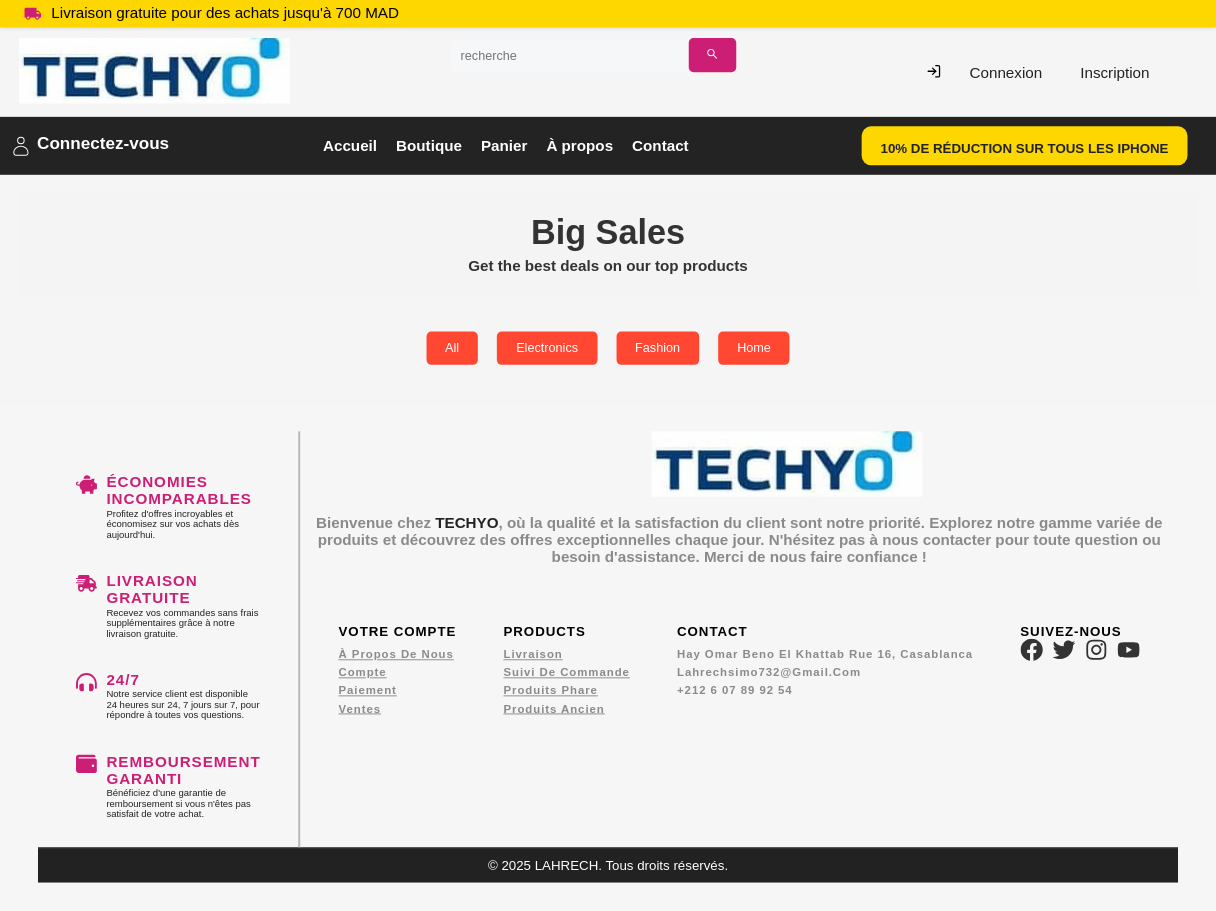
Repository: sebti-cloud/project-modern
Page: /sales (app in ecommerce_website/)
These files come from the project's save history. The page is drawn as it stood at one moment and after the next save; the edit follows.
The browser window is 1280 px wide. The pictures show the whole page, at 95% of full size.
The page's requests for data from a server got no answer. The project was rebuilt for these pictures with package versions that can differ from the ones it lists, and the page was loaded fresh each time. No one was signed in, and anything a server would have sent is missing. Also part of the build but not shown: ecommerce_website/src/comp/home.js, ecommerce_website/src/comp/shop.js, ecommerce_website/src/comp/cart.js, ecommerce_website/src/comp/contact.js, ecommerce_website/src/comp/rout.js, ecommerce_website/src/comp/Products.js, ecommerce_website/src/comp/Orders.js, ecommerce_website/src/comp/LikedProducts.js and 23 more.

Above is the page before, as saved 2025-01-08 18:21:08.

After the next save:
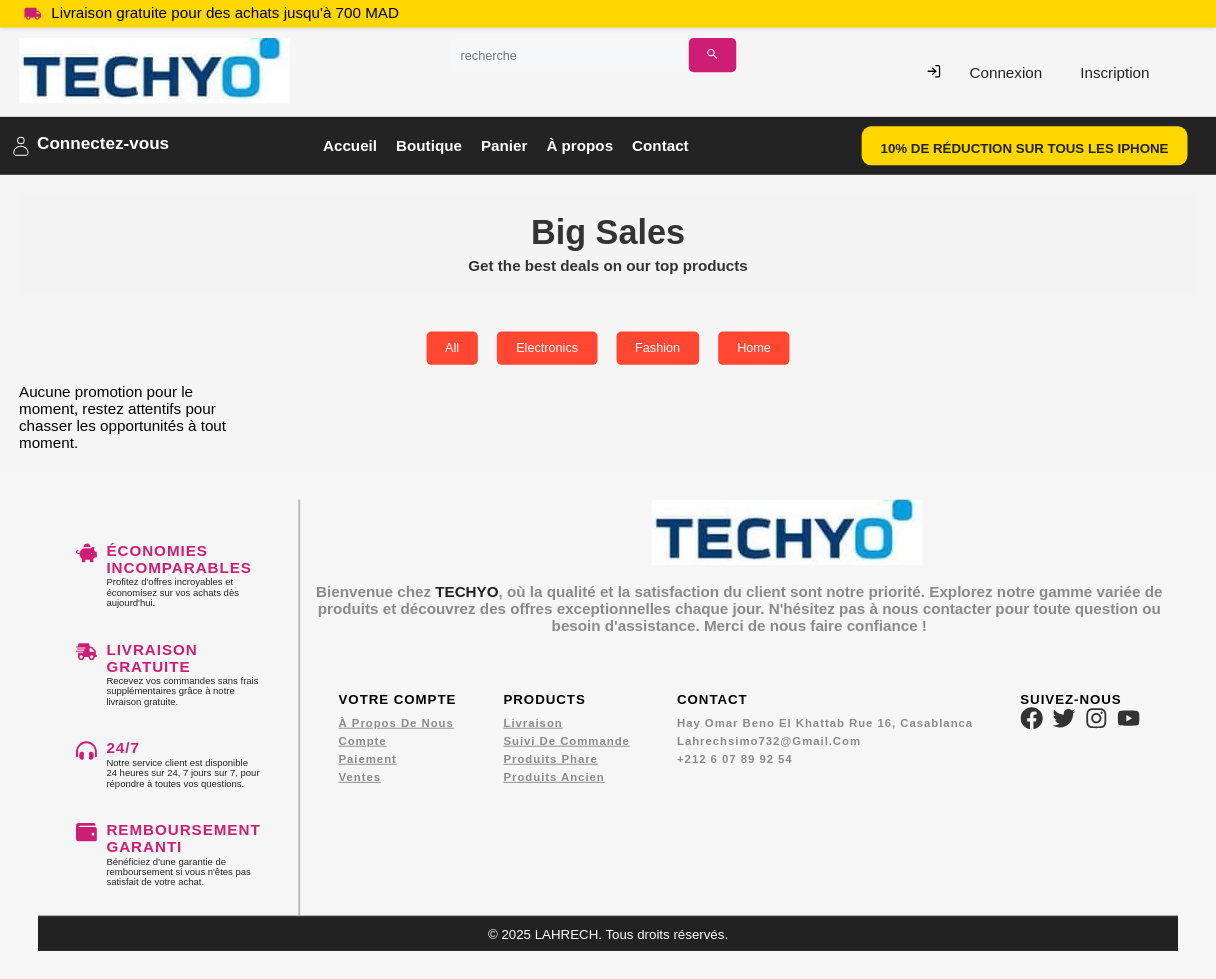
Saved 6 min 48 s later.
--- a/ecommerce_website/src/comp/Sales.js
+++ b/ecommerce_website/src/comp/Sales.js
@@ -2,69 +2,83 @@ import React, { useState, useEffect } from 'react';
 import './sales.css';
 import { AiOutlineShoppingCart } from 'react-icons/ai';
 
-const Sales = ({ fetchSalesProducts, addtocart }) => {
-  const [salesProducts, setSalesProducts] = useState([]);
-  const [loading, setLoading] = useState(true);
-  const [filter, setFilter] = useState('all');
+const Sales = ({ addtocart }) => {
+    const [products, setProducts] = useState([]);
+    const [loading, setLoading] = useState(true);
+    const [filter, setFilter] = useState('all');
 
-  useEffect(() => {
-    const fetchData = async () => {
-      setLoading(true);
-      try {
-        const products = await fetchSalesProducts();
-        setSalesProducts(products || []);
-      } catch (error) {
-        console.error('Error fetching sales products:', error);
-        setSalesProducts([]);
-      }
-      setLoading(false);
+    useEffect(() => {
+        fetchProducts();
+    }, []);
+
+    const fetchProducts = async () => {
+        try {
+            const response = await fetch('http://localhost:3001/api/products');
+            const data = await response.json();
+            const salesProducts = data.filter((x) => x.types && x.types.includes('sale'));
+            setProducts(salesProducts);
+            setLoading(false);
+        } catch (error) {
+            console.error('Error fetching products:', error);
+            setLoading(false);
+        }
     };
-    fetchData();
-  }, [fetchSalesProducts]);
 
-  const filterProducts = async (category) => {
-    setFilter(category);
-    setLoading(true);
-    try {
-      const products = await fetchSalesProducts(category);
-      setSalesProducts(products || []);
-    } catch (error) {
-      console.error('Error fetching filtered products:', error);
-      setSalesProducts([]);
-    }
-    setLoading(false);
-  };
+    const filterProducts = async (category) => {
+        setFilter(category);
+        setLoading(true);
+        try {
+            let url = `http://localhost:3001/api/products`;
+            if (category !== 'all') {
+                url += `?category=${category}`;
+            }
+            const response = await fetch(url);
+            const data = await response.json();
+            const filteredProducts = data.filter((x) => x.types && x.types.includes('sale'));
+            setProducts(filteredProducts);
+            setLoading(false);
+        } catch (error) {
+            console.error('Error fetching filtered products:', error);
+            setLoading(false);
+        }
+    };
 
-  return (
-    <div className="sales">
-      <div className="banner">
-        <h2>Big Sales</h2>
-        <p>Get the best deals on our top products</p>
-      </div>
-      <div className="filters">
-        <button onClick={() => filterProducts('all')}>All</button>
-        <button onClick={() => filterProducts('electronics')}>Electronics</button>
-        <button onClick={() => filterProducts('fashion')}>Fashion</button>
-        <button onClick={() => filterProducts('home')}>Home</button>
-      </div>
-      {loading ? (
-        <div className="loading">Loading...</div>
-      ) : (
-        <div className="products_grid">
-          {salesProducts.map(product => (
-            <div key={product.id} className="product_card">
-              <img src={`http://localhost:3001${product.image}`} alt={product.name} />
-              <h3>{product.name}</h3>
-              <p>{product.price} MAD</p>
-              <button onClick={() => addtocart(product)}>
-                <AiOutlineShoppingCart /> Add to Cart
-              </button>
+    return (
+        <div className="sales">
+            <div className="banner">
+                <h2>Big Sales</h2>
+                <p>Get the best deals on our top products</p>
             </div>
-          ))}
+            <div className="filters">
+                <button onClick={() => filterProducts('all')}>All</button>
+                <button onClick={() => filterProducts('electronics')}>Electronics</button>
+                <button onClick={() => filterProducts('fashion')}>Fashion</button>
+                <button onClick={() => filterProducts('home')}>Home</button>
+            </div>
+            {loading ? (
+                <div className="loading">Loading...</div>
+            ) : (
+                <div className="products_grid">
+                    {products.length > 0 ? (
+                        products.map(product => (
+                            <div key={product.id} className="product_card">
+                                <img src={`http://localhost:3001${product.image}`} alt={product.name} />
+                                <h3>{product.name}</h3>
+                                <p>{product.price} MAD</p>
+                                <button onClick={() => addtocart(product)}>
+                                    <AiOutlineShoppingCart /> Add to Cart
+                                </button>
+                            </div>
+                        ))
+                    ) : (
+                        <div className="no-promotions">
+                            Aucune promotion pour le moment, restez attentifs pour chasser les opportunités à tout moment.
+                        </div>
+                    )}
+                </div>
+            )}
         </div>
-      )}
-    </div>
-  );
+    );
 };
 
 export default Sales;
